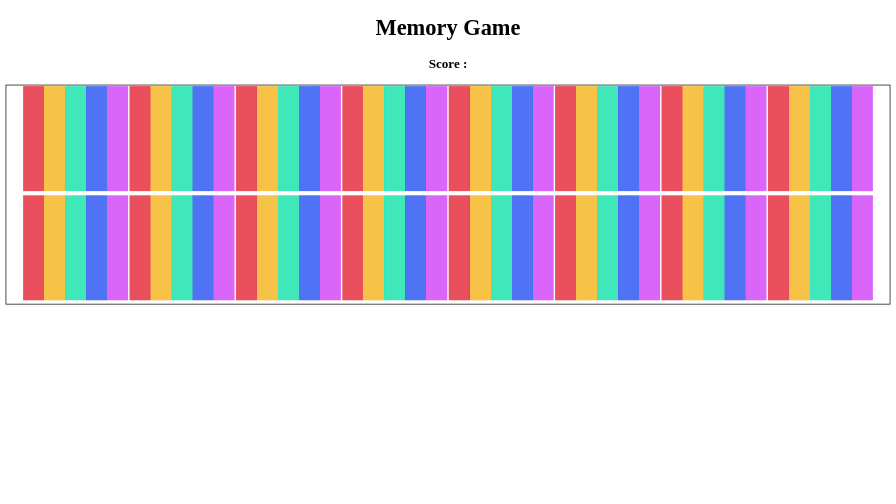
Repository: divyaravada/javascript-games
Page: memory-game/memorygame.html
An editor plug-in stored every save of this project. The page is shown before and after the next save, followed by the edit.
The browser window is 1280 px wide. The pictures show the part of the page from y = 0 to 1920 px (the page is 720 px tall before and 3779 px after), at 70% of full size.

Above is the page before, as saved 2022-03-15 16:49:26.

### memory-game/memorygame.html
<!DOCTYPE html>
<html lang="en">
  <head>
    <meta charset="UTF-8" />
    <title>Memory Game</title>
    <link rel="stylesheet" href="./memorystyle.css" />
  </head>
  <body>
    <div>
      <h1>Memory Game</h1>
    </div>

    <div>
      <h3>Score : <span id="result"></span></h3>
    </div>

    <div id="grid"></div>

    <script src="./memory.js"></script>
  </body>
</html>

### memory-game/memorystyle.css
* {
  text-align: center;
  align-items: center;
  justify-content: center;
}
#grid {
  align-items: center;
  justify-content: center;
  border: 1px solid black;
}
#grid img {
  width: 150px;
  height: 150px;
  padding: 1px 1px;
}

### memory-game/memory.js
const cardArray = [
  {
    name: "redcar",
    img: "images/redcar.png",
  },
  {
    name: "whitecar",
    img: "images/whitecar.png",
  },
  {
    name: "yellowcar",
    img: "images/yellowcar.jpg",
  },
  {
    name: "purplecar",
    img: "images/purplecar.png",
  },
  {
    name: "greencar",
    img: "images/greencar.png",
  },
  {
    name: "browncar",
    img: "images/browncar.png",
  },
  {
    name: "bluecar",
    img: "images/bluecar.jpg",
  },
  {
    name: "blackcar",
    img: "images/blackcar.png",
  },
  {
    name: "redcar",
    img: "images/redcar.png",
  },
  {
    name: "whitecar",
    img: "images/whitecar.png",
  },
  {
    name: "yellowcar",
    img: "images/yellowcar.jpg",
  },
  {
    name: "purplecar",
    img: "images/purplecar.png",
  },
  {
    name: "greencar",
    img: "images/greencar.png",
  },
  {
    name: "browncar",
    img: "images/browncar.png",
  },
  {
    name: "bluecar",
    img: "images/bluecar.jpg",
  },
  {
    name: "blackcar",
    img: "images/blackcar.png",
  },
];

cardArray.sort(() => 0.5 - Math.random());

const gridDisplay = document.querySelector("#grid");
const resultDisplay = document.querySelector("#result");
let cardsChoosen = [];
let cardsChoosenIds = [];
const cardsWon = [];

function createBoard() {
  for (let i = 0; i < cardArray.length; i++) {
    const card = document.createElement("img");
    card.setAttribute("src", "images/rainbow.png");
    card.setAttribute("data-id", i);
    card.addEventListener("click", flipCard);
    gridDisplay.appendChild(card);
  }
}
createBoard();

function checkMatch() {
  const cards = document.querySelectorAll("img");
  const optionOneId = cardsChoosenIds[0];
  const optionTwoId = cardsChoosenIds[1];
  if (optionOneId == optionTwoId) {
    cards[optionOneId].setAttribute("src", "images/rainbow.png");
    cards[optionTwoId].setAttribute("src", "images/rainbow.png");
    alert("You have clicked the same image!");
  }

  if (cardsChoosen[0] == cardsChoosen[1]) {
    alert("You found a match");
    cards[optionOneId].setAttribute("src", "images/white.png");
    cards[optionTwoId].setAttribute("src", "images/white.png");
    cards[optionOneId].removeEventListener("click", flipCard);
    cards[optionTwoId].removeEventListener("click", flipCard);
    cardsWon.push(cardsChoosen);
  } else {
    cards[optionOneId].setAttribute("src", "images/rainbow.png");
    cards[optionTwoId].setAttribute("src", "images/rainbow.png");
    alert("Sorry Try again!");
  }
  resultDisplay.textContent = cardsWon.length;
  cardsChoosen = [];
  cardsChoosenIds = [];

  if (cardsWon.length == cardArray.length / 2) {
    resultDisplay.textContent = "Congratulations you found them all";
  }
}

function flipCard() {
  const cardId = this.getAttribute("data-id");
  cardsChoosen.push(cardArray[cardId].name);
  cardsChoosenIds.push(cardId);
  this.setAttribute("src", cardArray[cardId].img);
  if (cardsChoosen.length === 2) {
    setTimeout(checkMatch, 500);
  }
}

After the next save:
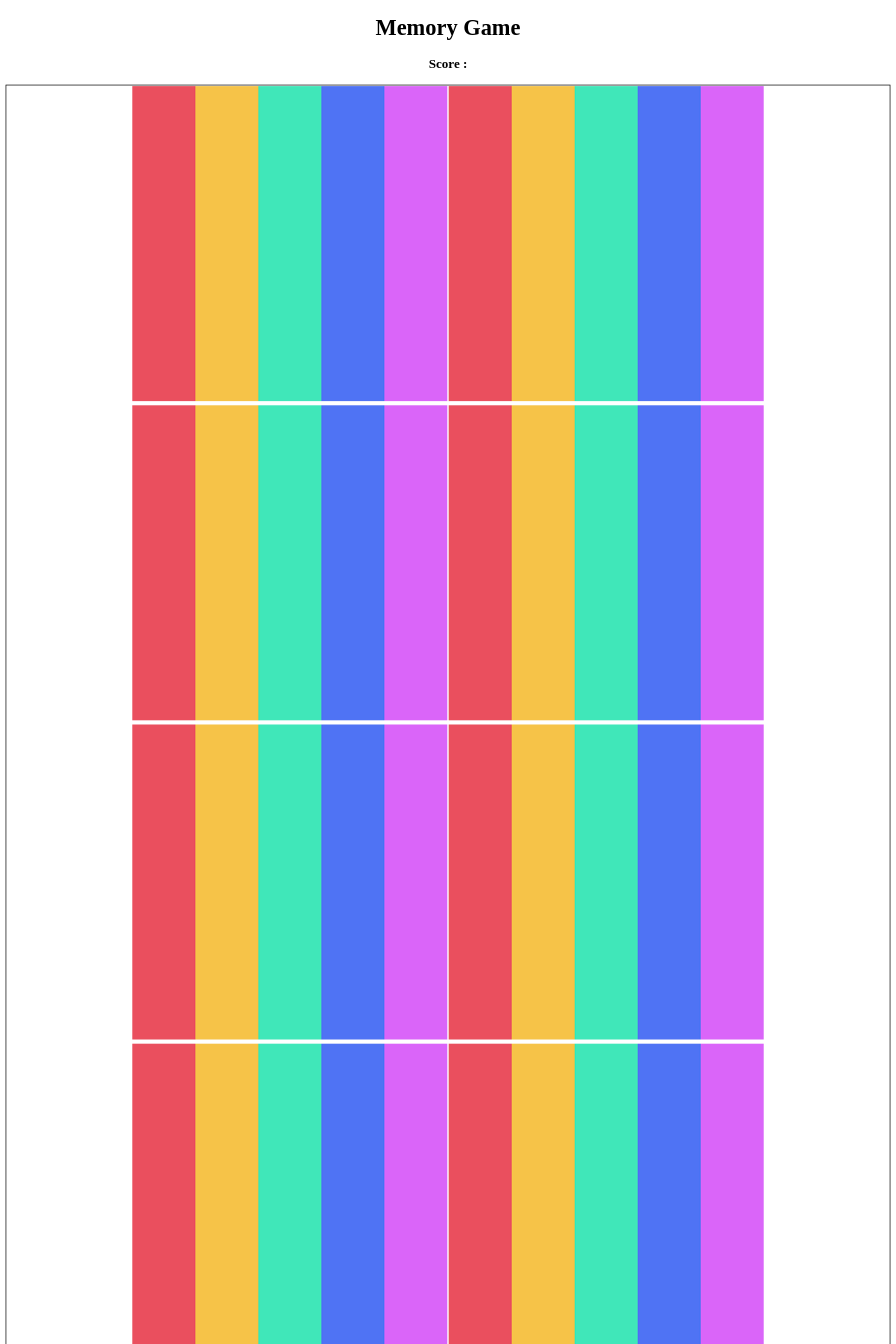
Saved 36 s later.
--- a/memory-game/memorystyle.css
+++ b/memory-game/memorystyle.css
@@ -9,7 +9,7 @@
   border: 1px solid black;
 }
 #grid img {
-  width: 150px;
-  height: 150px;
+  width: 450px;
+  height: 450px;
   padding: 1px 1px;
 }
